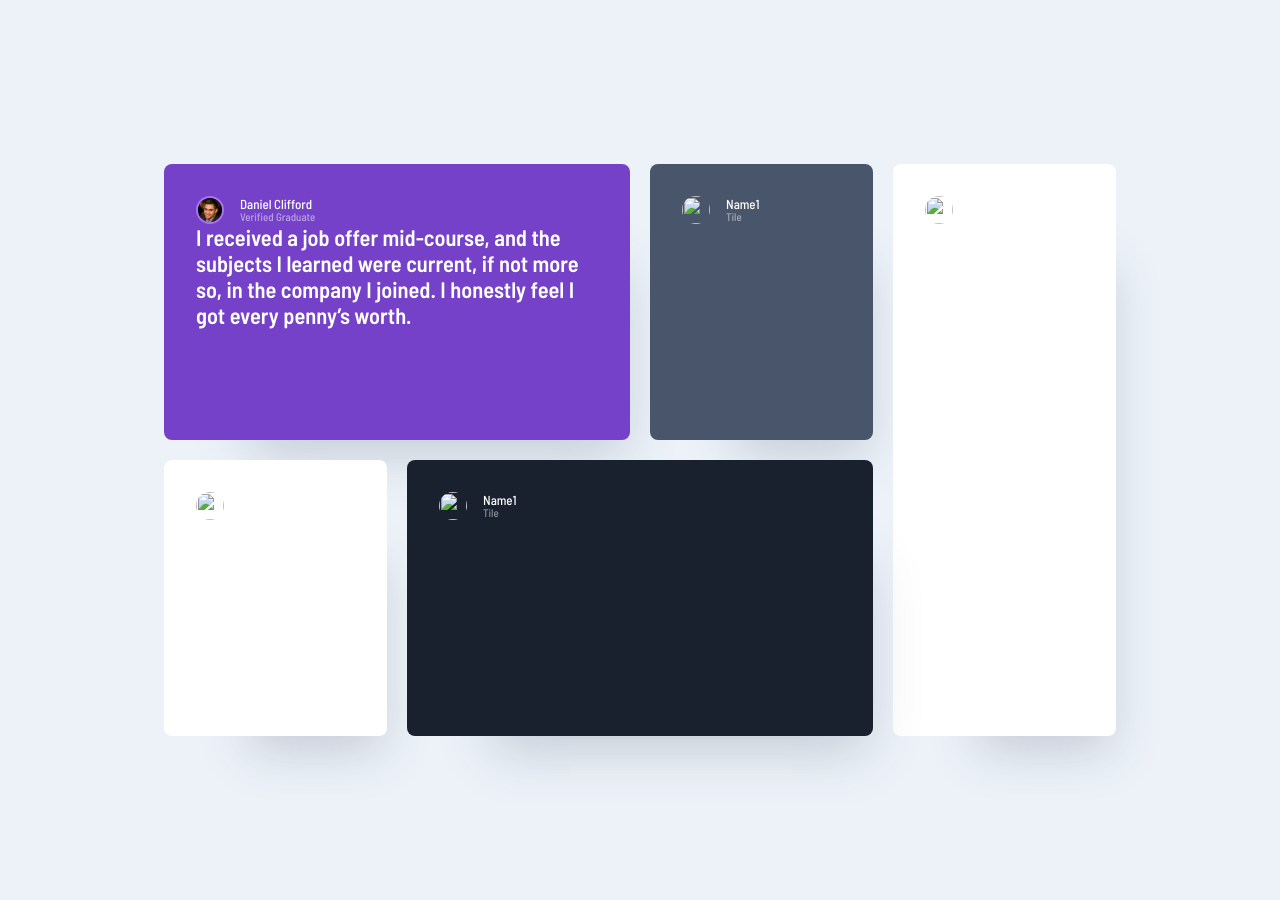
Repository: brandontaylor1/testimonial-card
Page: index.html
These files come from the project's save history. The page is drawn as it stood at one moment and after the next save; the edit follows.
The browser window is 1280 px wide. The pictures show the whole page.

Above is the page before, as saved 2025-01-10 23:55:16.

After the next save:
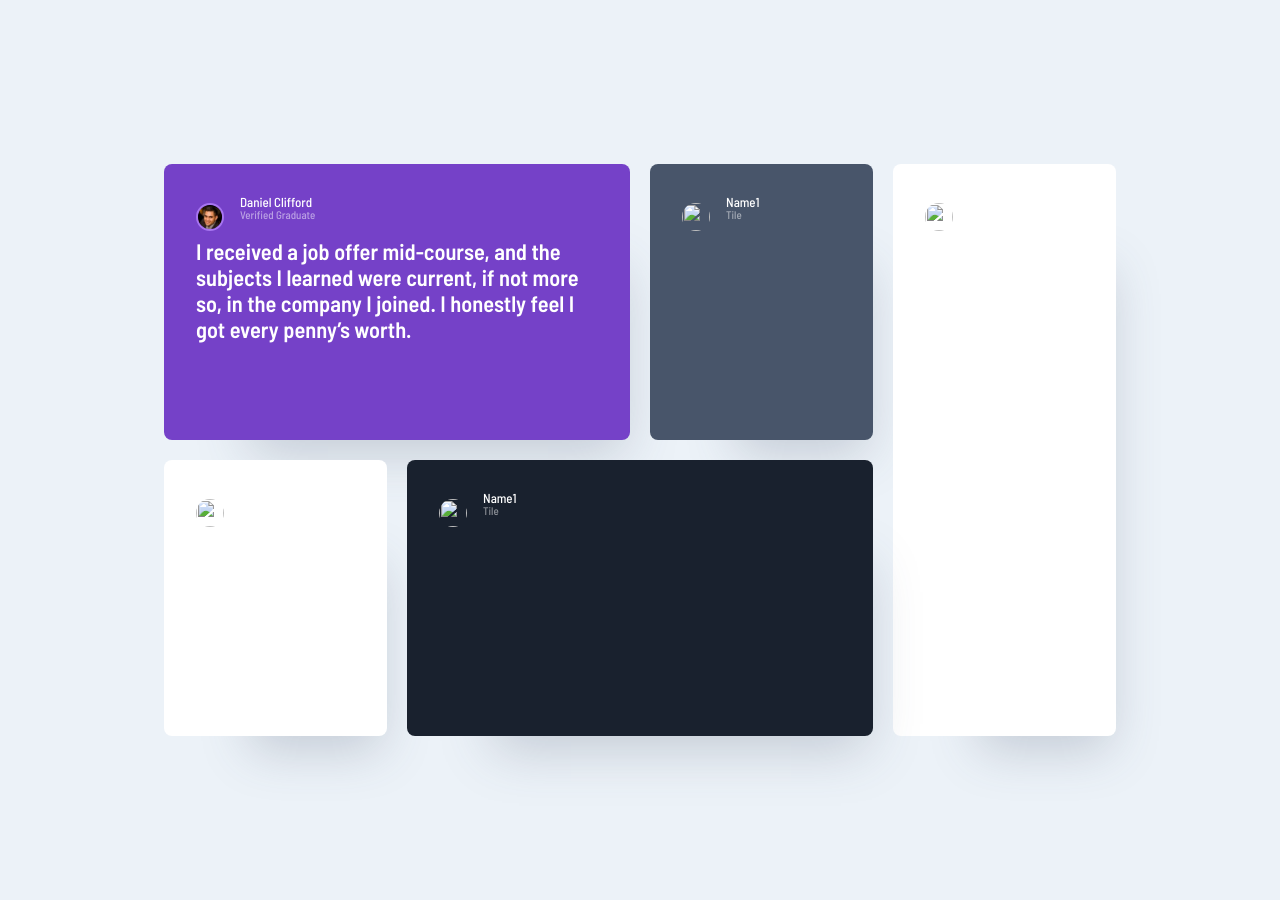
Saved 51 s later.
--- a/styles.css
+++ b/styles.css
@@ -64,6 +64,7 @@ body {
     font-weight: 500;
     line-height: 11px; /* 100% */
     opacity: 0.5;
+    margin-bottom: 18px;
 }
 
 .profile-img {
